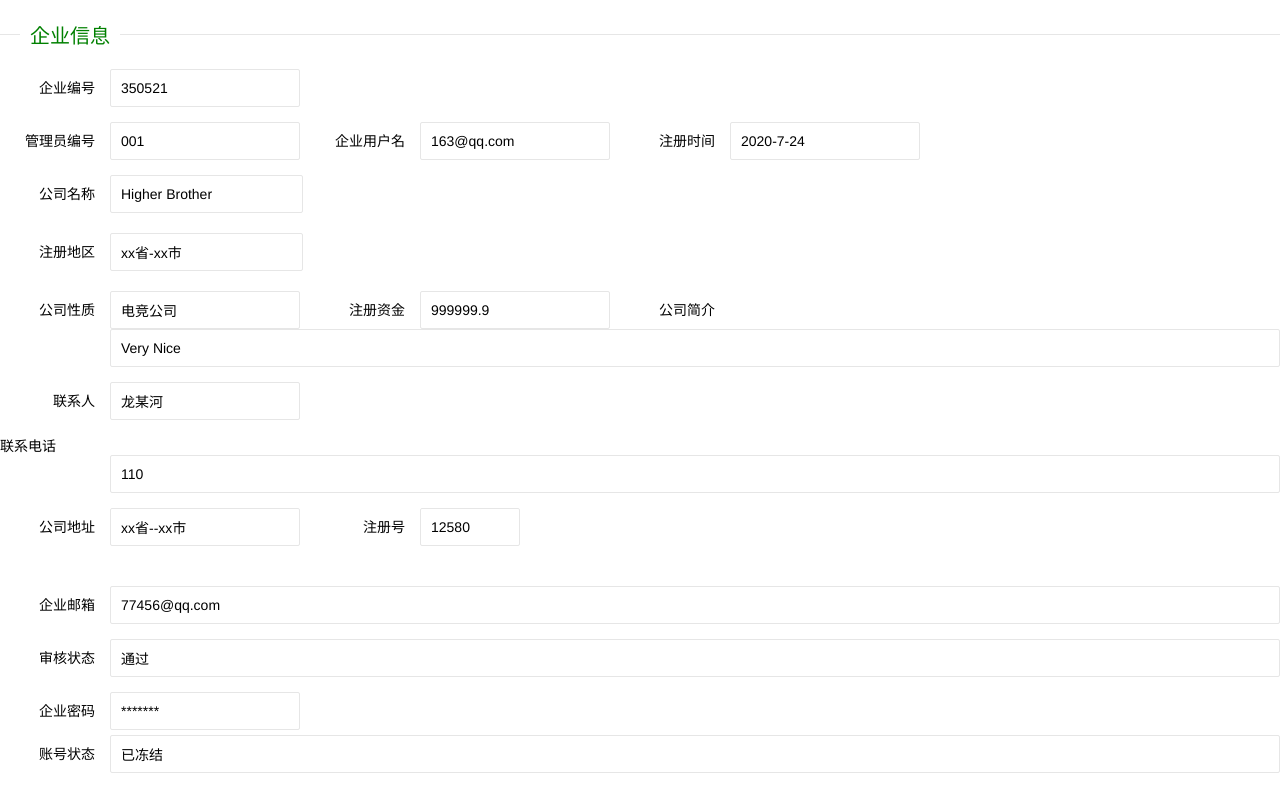
Repository: LongJinhe-coder/java-web-
Page: http://localhost/projectDemo1/displayFirmResume.jsp
These files come from the project's save history. The page is drawn as it stood at one moment and after the next save; the edit follows.
The browser window is 1280 px wide. The pictures show the whole page.
The page is served by Tomcat 9. Other server files are loaded and not shown.

Above is the page before, as saved 2020-07-28 09:46:07.

### MyEclipse CI/projectDemo1/WebRoot/displayFirmResume.jsp
<%@ page language="java" import="java.util.*" pageEncoding="UTF-8"%>
<%
String path = request.getContextPath();
String basePath = request.getScheme()+"://"+request.getServerName()+":"+request.getServerPort()+path+"/";
%>

<!DOCTYPE HTML PUBLIC "-//W3C//DTD HTML 4.01 Transitional//EN">
<html>
  <head>
    <base href="<%=basePath%>">

    <title>My JSP 'personalzhuce.jsp' starting page</title>

	<meta http-equiv="pragma" content="no-cache">
	<meta http-equiv="cache-control" content="no-cache">
	<meta http-equiv="expires" content="0">
	<meta http-equiv="keywords" content="keyword1,keyword2,keyword3">
	<meta http-equiv="description" content="This is my page">
	<!--
	<link rel="stylesheet" type="text/css" href="styles.css">
	-->

 <meta charset="utf-8">
  <title>Layui</title>
  <meta name="renderer" content="webkit">
  <meta http-equiv="X-UA-Compatible" content="IE=edge,chrome=1">
  <meta name="viewport" content="width=device-width, initial-scale=1, maximum-scale=1">
  <link rel="stylesheet" href="layui/css/layui.css"  media="all">
  <!-- 注意：如果你直接复制所有代码到本地，上述css路径需要改成你本地的 -->
  </head>

  <body>
 <fieldset class="layui-elem-field layui-field-title" style="margin-top: 20px;">
  <legend align="left" style="color:green;">企业信息</legend>
</fieldset>
<form class="layui-form" action="">

<div class="layui-form-item">
    <label class="layui-form-label">企业编号</label>
    <div class="layui-input-block">
      <input style="width:190px"type="text" name="firmID" value="350521" readonly="readonly"  autocomplete="off" class="layui-input">
    </div>
  </div>

 <div class="layui-form-item">
    <label class="layui-form-label">管理员编号</label>
    <div class="layui-input-inline">
      <input type="text" name="adminID" value="001" readonly="readonly"  autocomplete="off" class="layui-input">
    </div>
      <label class="layui-form-label">企业用户名</label>
      <div class="layui-input-inline">
        <input type="text" name="firmAccount" value="163@qq.com" readonly="readonly" class="layui-input">
      </div>

      <label class="layui-form-label">注册时间</label>
      <div class="layui-input-inline">
       <input type="text" name="registerTime"  value="2020-7-24" readonly="readonly" class="layui-input">

		</div>
    </div>

   <div class="layui-form-item">
   <div class="layui-inline">
    <label class="layui-form-label">公司名称</label>
    <div class="layui-input-block">
        <input type="text" name="firmName"  value="Higher Brother" readonly="readonly" class="layui-input">
    </div>
  </div>
   </div>

   <div class="layui-form-item">
   <div class="layui-inline">
    <label class="layui-form-label">注册地区</label>
    <div class="layui-input-block">
     <input type="text" name="registerArea"  value="xx省-xx市" readonly="readonly" class="layui-input">
    </div>
  </div>
   </div>

   <div class="layui-form-item">

    <label class="layui-form-label">公司性质</label>
    <div class="layui-input-inline">
      <input type="text" name="firmNature" value="电竞公司" readonly="readonly"  class="layui-input">
    </div>
    <label class="layui-form-label">注册资金</label>
    <div class="layui-input-inline">
      <input type="text" name="registerFund" value="999999.9" readonly="readonly" class="layui-input">
    </div>
    <label class="layui-form-label">公司简介</label>
    <div class="layui-input-block">
    <input type="text" name="firmBrief" value="Very Nice" readonly="readonly" class="layui-input">
    </div>
  </div>

    <div class="layui-form-item">
    <label class="layui-form-label">联系人</label>
    <div class="layui-input-inline">
      <input type="text" name="linkMan" value="龙某河" readonly="readonly" class="layui-input">
    </div>
  </div>

   <div class="layui-form-item">
    <label class="layui-input-inline">联系电话</label>
    <div class="layui-input-block">
      <input type="text" name="linkPhone" value="110" readonly="readonly" class="layui-input">
    </div>
  </div>

    <div class="layui-form-item">
    <div class="layui-inline">
    <label class="layui-form-label">公司地址</label>
    <div class="layui-input-inline">
    <input type="text" name="firmArea" value="xx省--xx市" readonly="readonly" class="layui-input">
    </div>
      <label class="layui-form-label">注册号</label>
      <div class="layui-input-inline" style="width: 100px;">
        <input type="text" name="registerNum" value="12580" readonly="readonly" class="layui-input">
      </div>

    </div>

  </div>
   <div class="layui-form-item">
   <div class="layui-inline">

  </div>
   </div>

      <div class="layui-form-item">
    <label class="layui-form-label">企业邮箱</label>
    <div class="layui-input-block">
      <input type="text" name="firmEmail" value="77456@qq.com" readonly="readonly" class="layui-input">
    </div>
  </div>

   <div class="layui-form-item">
    <label class="layui-form-label">审核状态</label>
    <div class="layui-input-block">
      <input type="text" name="checkStatus" value="通过" readonly="readonly" class="layui-input">
    </div>
  </div>


  <div class="layui-form-item">
    <div class="layui-inline">
      <label class="layui-form-label">企业密码</label>
      <div class="layui-input-inline">
        <input type="text" name="frimpwd"  value="*******" readonly="readonly" class="layui-input">
      </div>
    </div>


     <div class="layui-form-item">

      <label class="layui-form-label">账号状态</label>
      <div class="layui-input-block">
        <input type="text" name="accountStatus"  value="已冻结" readonly="readonly" class="layui-input">
      </div>
    </div>
    </div>
  </form>
<script src="layui/layui.js" charset="utf-8"></script>
<!-- 注意：如果你直接复制所有代码到本地，上述js路径需要改成你本地的 -->

  </body>
</html>

Loaded but not shown: MyEclipse CI/projectDemo1/WebRoot/layui/css/layui.css (library); MyEclipse CI/projectDemo1/WebRoot/layui/layui.js (library)

After the next save:
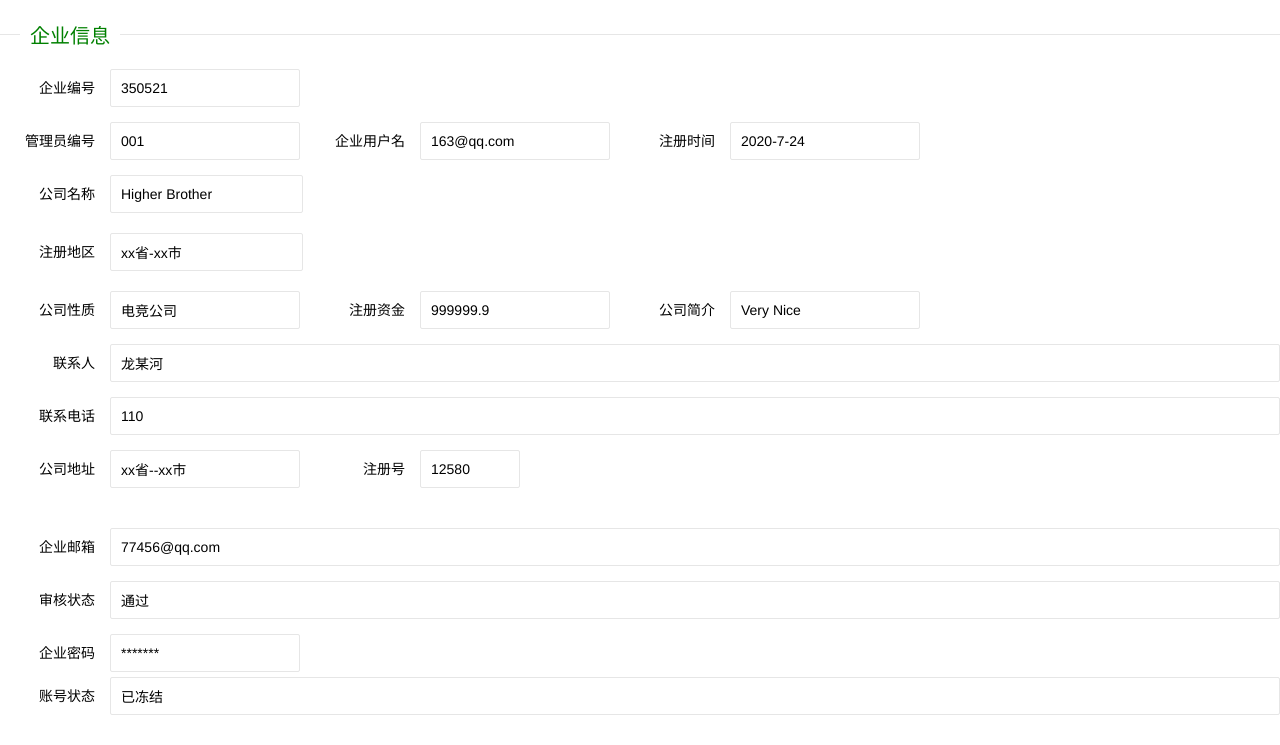
Saved 18 s later.
--- a/MyEclipse CI/projectDemo1/WebRoot/displayFirmResume.jsp
+++ b/MyEclipse CI/projectDemo1/WebRoot/displayFirmResume.jsp
@@ -88,20 +88,20 @@ String basePath = request.getScheme()+"://"+request.getServerName()+":"+request.
       <input type="text" name="registerFund" value="999999.9" readonly="readonly" class="layui-input">
     </div>
     <label class="layui-form-label">公司简介</label>
-    <div class="layui-input-block">
+    <div class="layui-input-inline">
     <input type="text" name="firmBrief" value="Very Nice" readonly="readonly" class="layui-input">
     </div>
   </div>
 
     <div class="layui-form-item">
     <label class="layui-form-label">联系人</label>
-    <div class="layui-input-inline">
+    <div class="layui-input-block">
       <input type="text" name="linkMan" value="龙某河" readonly="readonly" class="layui-input">
     </div>
   </div>
 
    <div class="layui-form-item">
-    <label class="layui-input-inline">联系电话</label>
+    <label class="layui-form-label">联系电话</label>
     <div class="layui-input-block">
       <input type="text" name="linkPhone" value="110" readonly="readonly" class="layui-input">
     </div>
